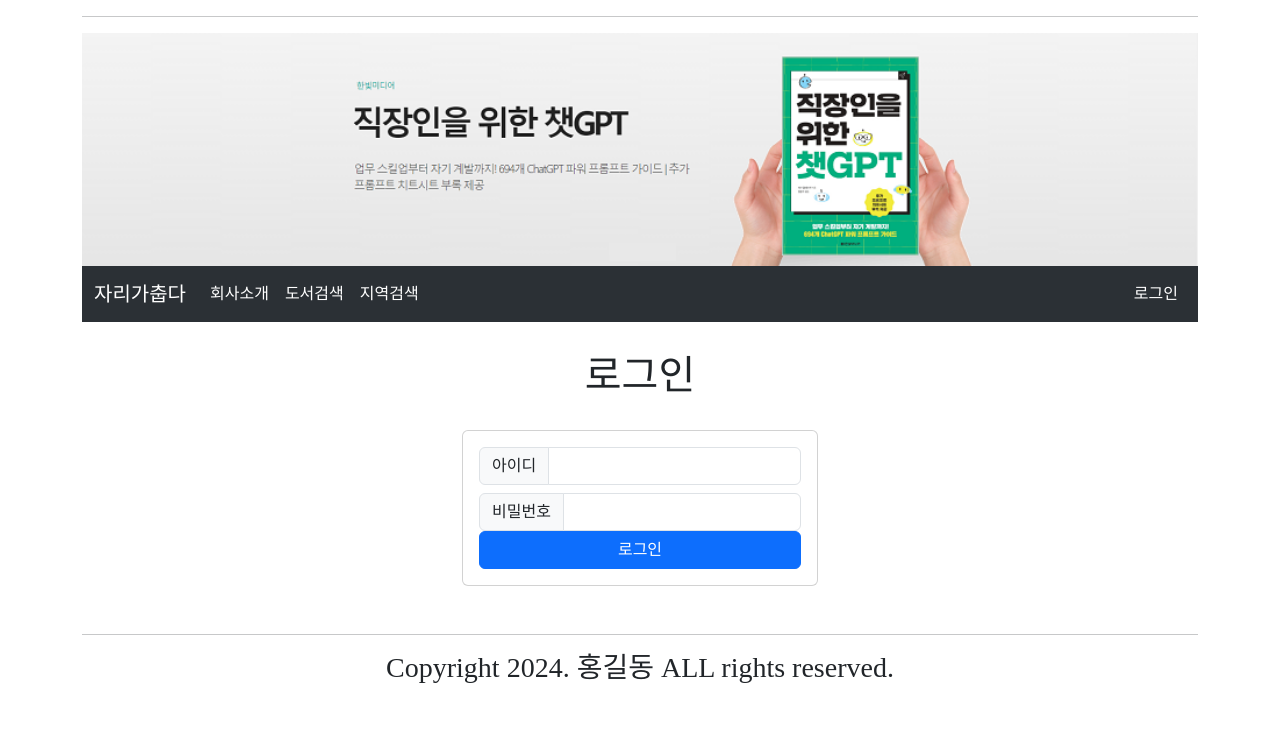
Repository: nltpbj/jsp
Page: http://localhost/ex01/user/login
The author's editor kept a copy of each file at every save. The page is drawn from the files as they stood at one save, then again after the next save.
The browser window is 1280 px wide. The pictures show the whole page.
Some web fonts or font styles are not loaded; a fallback is used. Some web libraries are served in a nearby version. The page is served by Tomcat 9.

Above is the page before, as saved 2024-04-29 07:01:59.

After the next save:
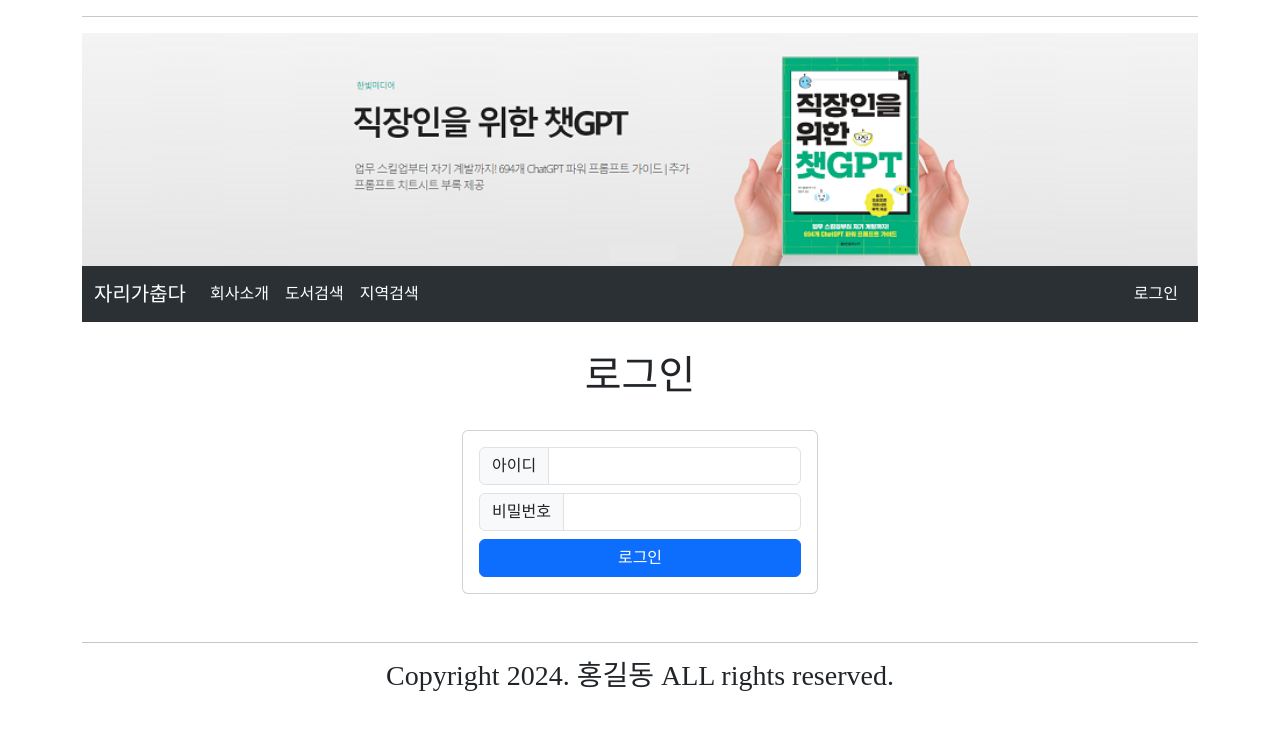
Saved 20 s later.
--- a/ex01/src/main/webapp/user/login.jsp
+++ b/ex01/src/main/webapp/user/login.jsp
@@ -10,7 +10,7 @@
 						<span class="input-group-text">아이디</span>
 						<input class="form-control">
 					</div>
-					<div class="input-group">
+					<div class="input-group mb-2">
 						<span class="input-group-text">비밀번호</span>
 						<input class="form-control">
 					</div>
